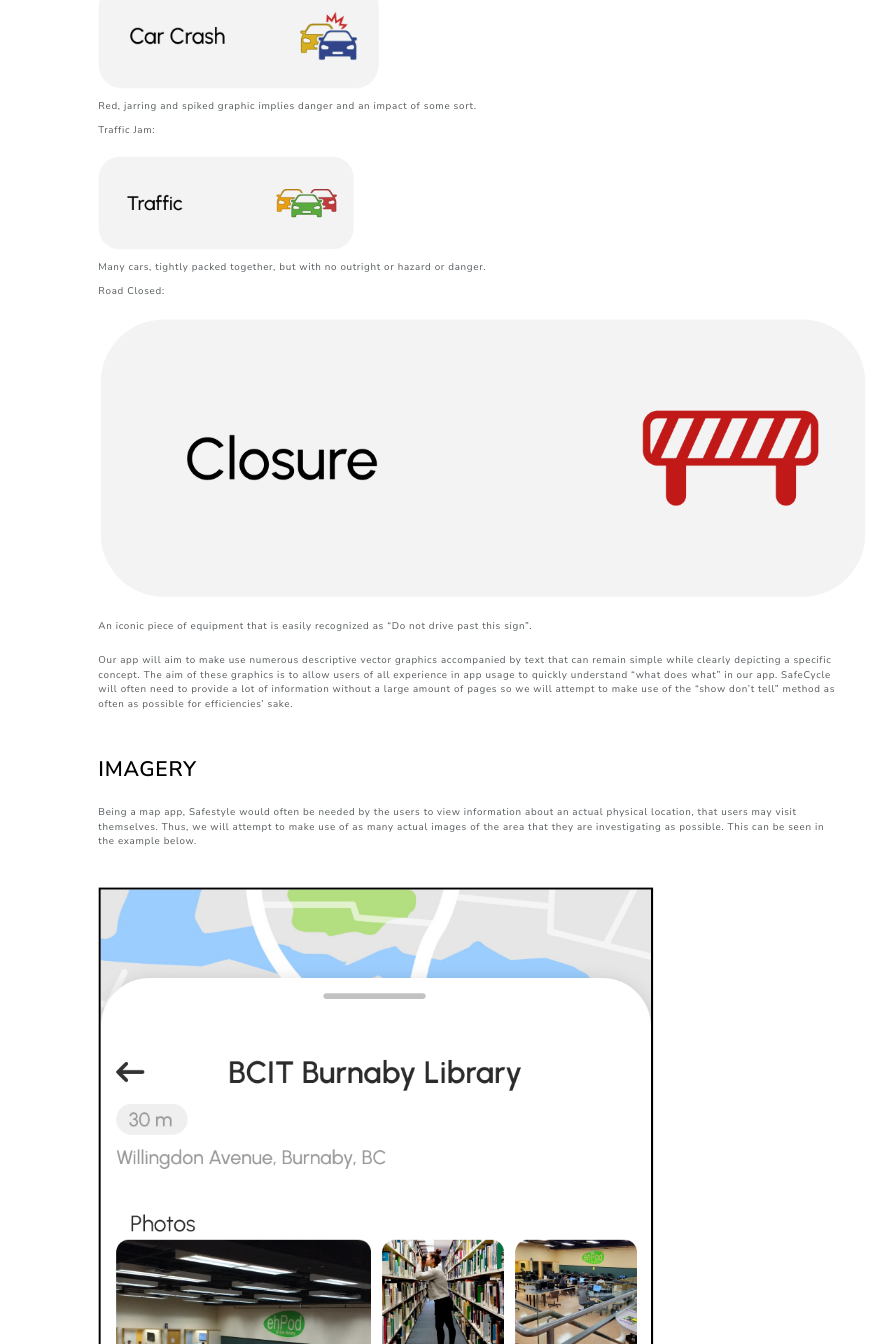
Repository: Aladdin3r/safecycle-styleguide
Page: /
The author's editor kept a copy of each file at every save. The page is drawn from the files as they stood at one save, then again after the next save.
The browser window is 1280 px wide. The pictures show the part of the page from y = 4580 to 6500 px (the page is 7687 px tall before and 7440 px after), at 70% of full size.
The project was rebuilt for these pictures with package versions that can differ from the ones it lists, and the page was loaded fresh each time. The framework's server and built-in components were replaced by stand-ins that run in the browser. Also part of the build but not shown: next.config.mjs.

Above is the page before, as saved 2024-04-10 00:00:48.

### pages/_app.js
import "@/styles/globals.css";
import "@/styles/bootstrap.min.css";
import { useEffect } from "react";


export default function App({ Component, pageProps }) {

  useEffect(() => {
    require("bootstrap/dist/js/bootstrap.bundle.min.js");
  }, []);
  return <Component {...pageProps} />;
}

### pages/index.js
import Head from "next/head";
import styles from "@/styles/Home.module.css"
import Image from "next/image";

export default function Home() {

  return (
    <>
      <Head>
        <title>SafeCycle Styleguide</title>
        <meta name="description"
        content=
        "Created by Rawan Aladdin, Nea Pieroelie, Andrew Turitsa."
       />
        <meta name="viewport" content="width=device-width, initial-scale=1" />
        <link rel="icon" href="/favicon1.svg" />
      </Head>
      <nav class="navbar navbar-expand-lg bg-light sticky-top" data-bs-theme="light">
        <div class="container-fluid">
          <a class="navbar-brand" href="#">SafeCycle</a>
          <button class="navbar-toggler" type="button" data-bs-toggle="collapse" data-bs-target="#navbarColor03" aria-controls="navbarColor03" aria-expanded="false" aria-label="Toggle navigation">
            <span class="navbar-toggler-icon"></span>
          </button>
          <div class="collapse navbar-collapse" id="navbarColor03">
            <ul class="navbar-nav me-auto">
              <li class="nav-item">
                <a class="nav-link active" href="#">Home</a>
              </li>
              <li class="nav-item">
                <a class="nav-link" href="#logo">Logo</a>
              </li>
              <li class="nav-item">
                <a class="nav-link" href="#colours">Colours</a>
              </li>
              <li class="nav-item">
                <a class="nav-link" href="#types">Typography, Imagery, Graphics</a>
              </li>
              <li class="nav-item">
                <a class="nav-link" href="#refs">References</a>
              </li>
            </ul>
          </div>
        </div>
      </nav>
      <main>
      <div class="jumbotron">
        <h1 class="display-3 mt-5 pt-5">SafeCycle</h1>
        <p class="display-4 pb-5">Styleguide</p>
        <hr class="my-5"/>
        <p class="mb-5">Rawan Aladdin, Nea Pieroelie, Andrew Turitsa</p>
        <p class="lead mb-5">
          <a class="btn btn-primary btn-lg my-5" href="#logo" role="button">Start the guide</a>
        </p>
      </div>
      <div id="logo" class="p-4">
        <h2 class="p-2 mt-3">Logo Design</h2>
        <p class="p-3">
          Logo font choice: DIN condensed bold
          colours: #F0983F orange #911C12 red #AD5C0A pale orange
        </p>
        <div class="container">
          <div class="card-group">
              <div class="row">
                <div className="col-sm-4">
                  <div class="bg-primary card text-white mb-3" className={styles.card}>
                    <div class="card-body">
                      <h4 class="card-title">Full-colour logo</h4>
                      <img class="card-img-top" src="/fullcolourlogo.svg" alt="full-colour logo"></img>
                      <p class="card-text">Some quick example text to build on the card title and make up the bulk of the card's content. blah blah blah</p>
                    </div>
                  </div>
                </div>

                <div className="col-sm-4">
                  <div class="bg-primary card text-white mb-3" className={styles.card}>
                  <div class="card-body">
                    <h4 class="card-title">Black and white Logo</h4>
                    <img class="card-img-top" src="/blackandwhitelogo.svg" alt="black and white logo"></img>
                    <p class="card-text">Some quick example text to build on the card title and make up the bulk of the card's content.</p>
                  </div>
                  </div>
                </div>

                <div className="col-sm-4">
                  <div class="bg-primary card text-white mb-3" className={styles.card}>
                  <div class="card-body">
                    <h4 class="card-title">Greyscale Logo</h4>
                    <img class="card-img-top" src="/greyscalelogo.svg" alt="greyscale logo"></img>
                    <p class="card-text">Some quick example text to build on the card title and make up the bulk of the card's content.</p>
                  </div>
                  </div>
                </div>

              </div>

              <div class="row">
                <div className="col-sm-4">
                  <div class="bg-primary card text-white mb-3" className={styles.card}>
                    <div class="card-body">
                      <h4 class="card-title">Monochromatic logo</h4>
                      <img class="card-img-top" src="/monochromatic.svg" alt="Monochromatic logo"></img>
                      <p class="card-text">Some quick example text to build on the card title and make up the bulk of the card's content. blah blah blah</p>
                    </div>
                  </div>
                </div>

                <div className="col-sm-4">
                  <div class="bg-primary card text-white mb-3" className={styles.card}>
                  <div class="card-body">
                    <h4 class="card-title">Horizontal version of full-colour Logo</h4>
                    <img class="card-img-top" src="/horizontalfullcolour.svg" alt="horizontal full colour logo"></img>
                    <p class="card-text">Some quick example text to build on the card title and make up the bulk of the card's content.</p>
                  </div>
                  </div>

              </div>

              <div className="col-sm-4">
                <div class="bg-primary card  text-white mb-3" className={styles.card}>
                <div class="card-body">
                  <h4 class="card-title">Stacked/vertical version of full-colour Logo</h4>
                  <img class="card-img-top" src="/verticalfullcolour.svg" alt="stacked/vertical colour logo"></img>
                  <p class="card-text">Some quick example text to build on the card title and make up the bulk of the card's content.</p>
                </div>
                </div>
              </div>
            </div>
            <div class="row">
                <div className="col-sm-4">
                  <div class="bg-primary card text-white mb-3" className={styles.card}>
                    <div class="card-body z-3">
                      <h4 class="card-title">16x16px Favicon</h4>
                      <img class="card-img-top" src="/favicon1.svg" alt="xs favicon"></img>
                      <p class="card-text">Some quick example text to build on the card title and make up the bulk of the card's content. blah blah blah</p>
                    </div>
                  </div>
                </div>

                <div className="col-sm-4">
                  <div class="bg-primary card  text-white mb-3" className={styles.card}>
                  <div class="card-body">
                    <h4 class="card-title">32x32px Favicon</h4>
                    <img class="card-img-top" src="/favicon2.svg" alt="small favicon"></img>
                    <p class="card-text">Some quick example text to build on the card title and make up the bulk of the card's content.</p>
                  </div>
                  </div>

              </div>

              <div className="col-sm-4">
                <div class="bg-primary card text-white mb-3" className={styles.card}>
                <div class="card-body">
                  <h4 class="card-title">48x48px Favicon</h4>
                  <img class="card-img-top" src="/favicon3.svg" alt="normal favicon"></img>
                  <p class="card-text">Some quick example text to build on the card title and make up the bulk of the card's content.</p>
                </div>
                </div>
              </div>
            </div>
          </div>
        </div>
      </div>
      <div id="colours" class="p-4">
        <h2 class="p-2">Colour Palette, Colour Accessibility</h2>
        <div class="container">

        </div>
      </div>


      <div id="colours" className="p-4">
          <h2 className="p-2">Colour Palette, Colour Accessibility</h2>
          <div className="container">
            <div className={styles.resedagreen}>
              <div className={styles.colourh3}>
                <h3>Reseda Green</h3>
              </div>
              <div className={styles.colourimage}>
                <Image src="/reseda-green.png" alt="Musty green colour called reseda green" width="300" height="200"/>
              </div>
              <div className={styles.colourh4}>
                <h4>#6E7747</h4>
              </div>
              <div className={styles.colourp}>
                <p>We chose reseda green (an olive-green shade) as our primary colour to promote eco-friendly modes of transportation, symbolizing sustainability and to encourage users to embrace non-vehicle travel options.</p>
              </div>
            </div>
            <div className={styles.jet}>
              <div className={styles.colourh3}>
                <h3>Reseda Green</h3>
              </div>
              <div className={styles.colourimage}>
                <Image src="/jet.png" alt="A dark grey closer to black" width="300" height="200"/>
              </div>
              <div className={styles.colourh4}>
                <h4>#2B2B2B</h4>
              </div>
              <div className={styles.colourp}>
                <p>We chose jet (a darker grey shade) as our secondary because it provides strong contrast against lighter backgrounds. improves visibility and reduces eye strain for users</p>
              </div>
            </div>
            <div className={styles.whitesmoke}>
              <div className={styles.colourh3}>
                <h3>White Smoke</h3>
              </div>
              <div className={styles.colourimage}>
                <Image src="/white-smoke.png" alt="A very light grey color" width="300" height="200"/>
              </div>
              <div className={styles.colourh4}>
                <h4>#F3F3F3</h4>
              </div>
              <div className={styles.colourp}>
                <p>We chose white smoke (a light grey shade) as the accent color to optimize readability and create a clean, modern aesthetic. The grey background contrasts nicely with the dark texts, ensuring that information stands out clearly without causing visual strain</p>
              </div>
            </div>
            <div className={styles.white}>
              <div className={styles.colourh3}>
                <h3>White</h3>
              </div>
              <div className={styles.colourimage}>
                <Image src="/white.png" alt="White" width="300" height="200"/>
              </div>
              <div className={styles.colourh4}>
                <h4>#FFFFFF</h4>
              </div>
              <div className={styles.colourp}>
                <p>We chose a white background because we wanted to keep the app simple. </p>
              </div>
            </div>
          </div>
        </div>



      <div id="types" class="p-4">
        <h2 class="p-2">Typography, Imagery, Graphics</h2>
        <div class="container">
        <p className={styles.typo_desc} class="p-3">
        The fonts used in SafeCycle will be a blend of Urbanist and Sarabun. They are both sans serif fonts that are not too fancy but also not too rigid and boring. We believe that these fonts have a charming blend of simple, practical functionality and the calming, welcoming feel of a guidance application.  The characters of the Urbanist font are slightly more block-like, so this font will be used primary for heading and standalone words or phrases. Sarabun's characters on the other hand have a more natural curves and shaped, so this more elegant font will be used for body text and paragraphs.
        </p>
        <div className={styles.h1Typo}>Heading One 40/24</div>
        <div className={styles.h2Typo}>Heading Two 26/16</div>
        <div className={styles.h3Typo}>Heading Three 22/16</div>
        <div className={styles.h4Typo}>Heading Four 20/16</div>
        <div className={styles.BodyTypo}>Body 14/24</div>
        <div className={styles.ButtonMetaTypo}>Button + Meta 14/24</div>
        <div className={styles.graphicTitle}>GRAPHICS</div>
        <div className={styles.graphicName}>Here are some examples of icons we will be using:</div>
        <div className={styles.graphicName}>Car accident:</div>
        <img className={styles.carCrash} src="/carCrash.png" width={400} height={150} alt="Car Accident"></img>
        <div className={styles.graphicDesc}>Red, jarring and spiked graphic implies danger and an impact of some sort.</div>
        <div className={styles.graphicName}>Traffic Jam:</div>
        <img className={styles.traffic} src="/traffic.png" alt="Traffic"></img>
        <div className={styles.graphicDesc}>Many cars, tightly packed together, but with no outright or hazard or danger.</div>
        <div className={styles.graphicName}>Road Closed:</div>
        <img className={styles.roadClosed} src="/roadClosed.png" alt="Road Closed"></img>
        <div className={styles.graphicDesc}>An iconic piece of equipment that is easily recognized as “Do not drive past this sign”.</div>
        <div className={styles.graphicExpl}>Our app will aim to make use numerous descriptive vector graphics accompanied by text that can remain simple while clearly depicting a specific concept. The aim of these graphics is to allow users of all experience in app usage to quickly understand “what does what” in our app. SafeCycle will often need to provide a lot of information without a large amount of pages so we will attempt to make use of the “show don’t tell” method as often as possible for efficiencies’ sake.</div>
        <div className={styles.graphicTitle}>IMAGERY</div>
        <div className={styles.graphicExpl}>Being a map app, Safestyle would often be needed by the users to view information about an actual physical location, that users may visit themselves. Thus, we will attempt to make use of as many actual images of the area that they are investigating as possible. This can be seen in the example below.</div>
        <img className={styles.locationPage} src="/locationPage.png" alt="Location Page"></img>


        </div>
        </div>
      <div id="refs" class="p-4">
        <h2 class="p-2">References</h2>
        <div class="container">

        </div>
      </div>
      </main>
    </>
  );
}

### styles/Home.module.css
.main {
  display: flex;
  flex-direction: column;
  justify-content: space-between;
  align-items: center;
  padding: 6rem;
  min-height: 100vh;
}
.card{
  max-width: 30em;
}

.typo_desc{
  /* margin-left: -14.5em; */
  margin-left: 5%;

}
.h1Typo {
  font-family: "Urbanist", sans-serif;
  font-style: bold;
  font-size: 40pt;
  font-weight: 900;
  color: black;
  /* margin-left: -4em; */
  margin-left: 5%;
}
.h2Typo {
  font-family: "Urbanist", sans-serif;
  font-style: bold;
  font-size: 26pt;
  font-weight: 600;
  color: black;
  /* margin-left: -6em; */
  margin-left: 5%;
}
.h3Typo {
  font-family: "Urbanist", sans-serif;
  font-style: bold;
  font-size: 22pt;
  font-weight: 500;
  color: black;
  /* margin-left: -7em; */
  margin-left: 5%;
}
.h4Typo {
  font-family: "Urbanist", sans-serif;
  font-style: bold;
  font-size: 20;
  font-weight: 500;
  color: black;
  /* margin-left: -14.5em; */
  margin-left: 5%;
}

.BodyTypo {
  font-family: "Sarabun", sans-serif;
  font-weight:500;
  font-style: normal;
  color: black;
  font-size: 18;
  /* margin-left: -14.5em; */
  margin-left: 5%;
}
.ButtonMetaTypo {
  font-family: "Sarabun", sans-serif;
  font-weight:500;
  font-style: normal;
  color: black;
  font-size: 18;
  /* margin-left: -14.5em; */
  margin-left: 5%;
}
.graphicTitle{
  margin-top: 2em;
  /* margin-left: -7em; */
  margin-left: 5%;
  font-weight: bold;
  font-size: 30px;
  color: black;
}
.carCrash{
  margin-top: 2em;
  /* margin-left: -14em; */
  margin-left: 5%;
}

.graphicDesc{
  margin-top: 1em;
  /* margin-left: -14em; */
  margin-left: 5%;
}

.graphicName{
  margin-top: 1em;
  /* margin-left: -14em; */
  margin-left: 5%;
}

.graphicExpl{
  margin-top: 2em;
  margin-bottom: 2em;
  /* margin-left: -14em; */
  margin-left: 5%;
}

.traffic{
  margin-top: 2em;
  /* margin-left: -14em; */
  margin-left: 5%;
}

.roadClosed{
  margin-top: 2em;
  /* margin-left: -14em; */
  margin-left: 5%;
}

.locationPage{
  margin-top: 2em;
    /* margin-left: -14em; */
    margin-left: 5%;
    border: solid black;
}

Loaded but not shown: pages/_document.js (common file); styles/globals.css (common file); styles/bootstrap.min.css (library)

After the next save:
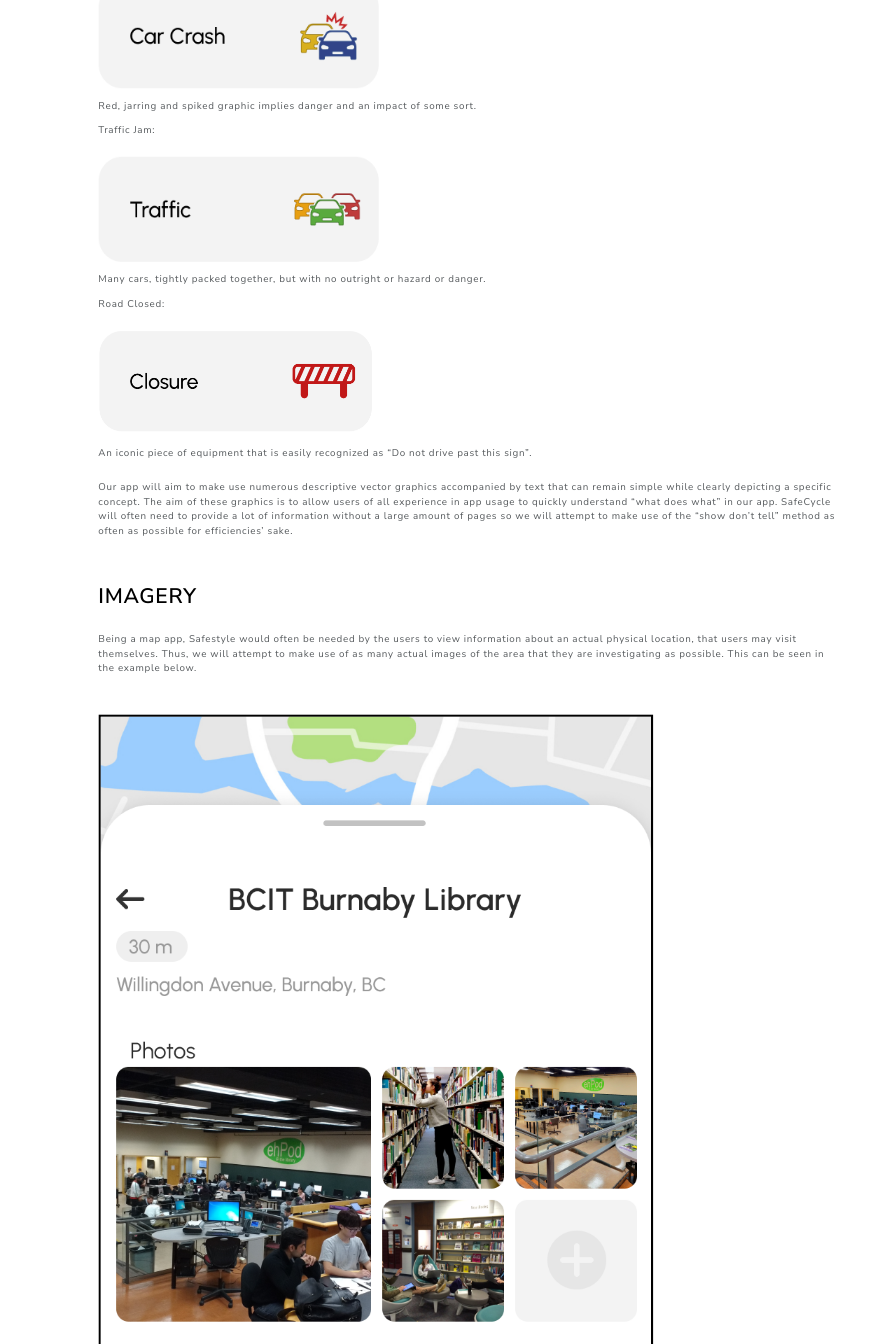
Saved 13 s later.
--- a/pages/index.js
+++ b/pages/index.js
@@ -250,10 +250,10 @@
         <img className={styles.carCrash} src="/carCrash.png" width={400} height={150} alt="Car Accident"></img>
         <div className={styles.graphicDesc}>Red, jarring and spiked graphic implies danger and an impact of some sort.</div>
         <div className={styles.graphicName}>Traffic Jam:</div>
-        <img className={styles.traffic} src="/traffic.png" alt="Traffic"></img>
+        <img className={styles.traffic} src="/traffic.png" width={400} height={150} alt="Traffic"></img>
         <div className={styles.graphicDesc}>Many cars, tightly packed together, but with no outright or hazard or danger.</div>
         <div className={styles.graphicName}>Road Closed:</div>
-        <img className={styles.roadClosed} src="/roadClosed.png" alt="Road Closed"></img>
+        <img className={styles.roadClosed} src="/roadClosed.png" width={400} height={150} alt="Road Closed"></img>
         <div className={styles.graphicDesc}>An iconic piece of equipment that is easily recognized as “Do not drive past this sign”.</div>
         <div className={styles.graphicExpl}>Our app will aim to make use numerous descriptive vector graphics accompanied by text that can remain simple while clearly depicting a specific concept. The aim of these graphics is to allow users of all experience in app usage to quickly understand “what does what” in our app. SafeCycle will often need to provide a lot of information without a large amount of pages so we will attempt to make use of the “show don’t tell” method as often as possible for efficiencies’ sake.</div>
         <div className={styles.graphicTitle}>IMAGERY</div>
